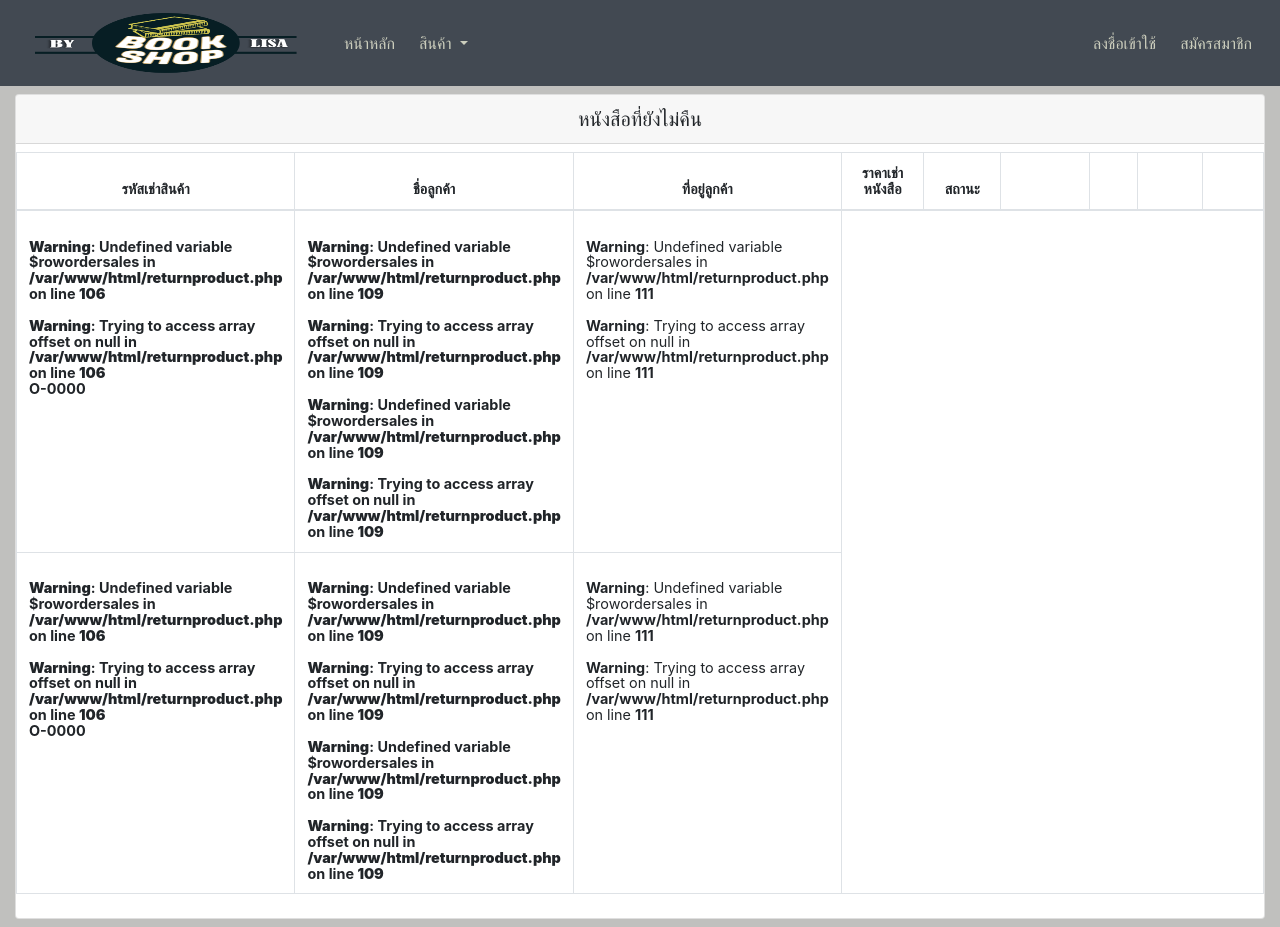
Repository: peawza/shopbook
Page: http://localhost/returnproduct.php?Order_id=24
An editor plug-in stored every save of this project. The page is shown before and after the next save, followed by the edit.
The browser window is 1280 px wide. The pictures show the whole page.
The page is run by PHP 8.4 with error messages shown; the project is at /var/www/html/. Other server files are loaded and not shown. The database holds what the project's SQL file puts in it.

Above is the page before, as saved 2020-10-01 10:18:28.

### returnproduct.php
<!DOCTYPE html>
<html lang="en">

<head>
    <meta charset="UTF-8">
    <meta name="viewport" content="width=device-width, initial-scale=1.0">
    <title>Document</title>
    <?php
    require_once('php/condbbook.php');
    include('include\importcss.php');
    include('include\navber.php');
    //echo '<pre>';
    //print_r($_SESSION);
    //$_SESSION['ses_php_var'] = $_GET['sendVal'];
    //$_SESSION['ses_php_var'] = $_POST['sendVal'];
    //$_SESSION['Typeid'] = $_POST['Typeid'];
    //print_r($_POST);
    //print_r($_GET);
    //echo '<pre>';

    ?>
</head>

<body>
    <div class="container-fluid py-2">
        <div class="card ">
            <h5 class="card-header text-center">หนังสือที่ยังไม่คืน</h5>

            <div class="py-2">
                <table class="table table-bordered table-responsive-sm">
                    <thead>
                        <tr>
                            <th width="5%" class="text-center">รหัสเช่าสินค้า</th>
                            <th width="10%" class="text-center">ชื่อลูกค้า</th>
                            <th width="17%" class="text-center">ที่อยู่ลูกค้า</th>
                            <th width="10%" class="text-center">ราคาเช่าหนังสือ</th>
                            <th width="9%" class="text-center">สถานะ</th>
                            <th width="18%" class="text-center"></th>
                            <th width="8%" class="text-center"></th>
                            <th width="12%" class="text-center"></th>
                            <th width="12%" class="text-center"></th>

                        </tr>
                    </thead>
                    <tbody>
                        <?php
                        /*
                        [0] => 1
                        [orders_id] => 1
                        [1] => 4
                        [User_ID] => 4
                        [2] => ฟหดกหฟดกหฟด
                        [Order_addressuser] => ฟหดกหฟดกหฟด
                        [3] => 2464
                        [orders_renttotal] => 2464
                        [4] => 0
                        [orders_returntotal] => 0
                        [5] => 2464
                        [orders_sumtotal] => 2464
                        [6] => 0
                        [orders_iscomplete] => 0
                        [7] => 4
                        [8] => user
                        [User_Username] => user
                        [9] => $2y$10$fB6aRvLojb8vG3ukgnwcle6rynH6hiaSNAOSCfskrj2DL4A6y8HM6
                        [User_Password] => $2y$10$fB6aRvLojb8vG3ukgnwcle6rynH6hiaSNAOSCfskrj2DL4A6y8HM6
                        [10] => ศุภชัย
                        [User_Firstname] => ศุภชัย
                        [11] => แจ้งอรุณ
                        [User_Lastname] => แจ้งอรุณ
                        [12] => 0970562607
                        [User_Telephonenumber] => 0970562607
                        [13] => agileza_555@hotmail.com
                        [User_Email] => agileza_555@hotmail.com
                        [14] => 9091310863447.jpg
                        [User_Photo] => 9091310863447.jpg
                        [15] => 2020-09-26
                        [User_Createdate] => 2020-09-26
                        [16] => admin
                        [User_Type] => admin
                        [17] => 1
                        [orderrent_id] => 1
                        [18] => 4
                        [orderrent_productid] => 4
                        [19] => 1
                        [orderrent_amount] => 1
                        [20] => 1232
                        [orderrent_totalprice] => 1232
                        [21] => 2020-09-30
                        [orderrent_rentdate] => 2020-09-30
                        [22] => 2020-10-20
                        [orderrent_returndate] => 2020-10-20
                        [23] => 0
                        [orderrent_status] => 0
                    )

                        */
                        if (isset($_GET['Order_id'])) {
                            $orderid = $_GET['Order_id'];
                            $selectproduct = "SELECT * FROM `orders`,`user`,`orderrent` WHERE `user`.`User_ID`=`orders`.`User_ID`AND`orders`.`orders_id`= `orderrent`.`orderrent_id`AND `orderrent`.`orderrent_id`= '" . $orderid . "'";
                            $resulproduct = mysqli_query($conn, $selectproduct);
                            while ($rowproduct = mysqli_fetch_array($resulproduct)) {
                        ?>
                        <tr>
                            <th><?php
                                        $code = sprintf('O-%04d', $rowordersales['orders_id']);
                                        echo $code ?>
                            </th>
                            <th><?php echo $rowordersales["User_Firstname"] . ' ' . $rowordersales['User_Lastname'] ?>
                            </th>
                            <td><?php echo $rowordersales["Order_addressuser"]  ?></td>

                        </tr>



                        <?php
                                //echo '<pre>';
                                //print_r($rowproduct);
                                //echo '<pre>';
                            }
                        } else {


                            echo 'null';
                        }


                        ?>
                    </tbody>
                    </thead>
                </table>
            </div>
        </div>
    </div>










</body>
<?php
include('include\importjavascript.php');
?>

</html>

### php/condbbook.php
<?php
session_start();
$conn = new mysqli('localhost', 'root', '1234', 'shopbook');
$conn->set_charset("utf8");
//$conn->query('set name utf8');
//echo $conn->connect_error;
if ($conn->connect_errno) {
    die("conmection Failed" . $conn->connect_error);
} /*else {
    die("OK Database");
}*/

//$conndata = new mysqli('localhost', 'root', '1234', 'shop');

### include/importcss.php
<link rel="stylesheet" href="node_modules/bootstrap/dist/css/bootstrap.min.css"> <!-- link เลือก css-->
<link rel="stylesheet" href="node_modules/font-awesome5/css/fontawesome-all.css">
<link rel="stylesheet" href="include/CSS/styles.css?v=<?php echo filemtime('include/CSS/styles.css'); ?>"
    type=" text/css">

<script src="https://www.google.com/recaptcha/api.js"></script>

<script src="https://ajax.googleapis.com/ajax/libs/jquery/2.2.0/jquery.min.js"></script>

<script src="https://maxcdn.bootstrapcdn.com/bootstrap/3.3.6/js/bootstrap.min.js"></script>

### include/importjavascript.php
<script src="node_modules/jquery/dist/jquery.min.js"></script> <!-- sc เลือก src -->
<script src="node_modules/popper.js/dist/umd/popper.min.js"></script>
<script src="node_modules/bootstrap/dist/js/bootstrap.min.js"></script>
<script src="node_modules/jquery-validation/dist/jquery.validate.min.js"></script>
<script src="include/JS/script.js?v=<?php echo filemtime('include/JS/script.js') ?>"></script>

### DB/shopbook.sql (the tables this page reads)
CREATE TABLE `orderrent` (
  `orderrent_id` int(11) NOT NULL,
  `orderrent_productid` int(11) NOT NULL,
  `orderrent_amount` int(11) NOT NULL,
  `orderrent_totalprice` int(11) NOT NULL,
  `orderrent_rentdate` date NOT NULL,
  `orderrent_returndate` date NOT NULL,
  `orderrent_status` int(11) NOT NULL
) ENGINE=InnoDB DEFAULT CHARSET=utf8mb4 COLLATE=utf8mb4_bin;

INSERT INTO `orderrent` (`orderrent_id`, `orderrent_productid`, `orderrent_amount`, `orderrent_totalprice`, `orderrent_rentdate`, `orderrent_returndate`, `orderrent_status`) VALUES
(21, 12, 1, 50, '2020-10-23', '2020-10-30', 1),
(21, 13, 1, 50, '2020-10-23', '2020-10-30', 1),
(21, 15, 1, 45, '2020-10-23', '2020-10-30', 1),
(21, 20, 1, 100, '2020-10-23', '2020-10-30', 1),
(22, 4, 3, 300, '2020-10-23', '2020-10-30', 1),
(23, 13, 1, 50, '2020-10-23', '2020-10-30', 1),
(24, 7, 3, 150, '2020-10-25', '2020-11-01', 0),
(24, 24, 5, 175, '2020-10-25', '2020-11-01', 0),
(25, 8, 10, 500, '2020-10-25', '2020-11-01', 1),
(26, 8, 10, 500, '2020-10-25', '2020-11-01', 1),
(27, 15, 40, 1800, '2020-10-25', '2020-11-01', 1),
(28, 4, 10, 1000, '2020-10-25', '2020-11-01', 1),
(29, 12, 1, 50, '2020-10-25', '2020-11-01', 1),
(29, 23, 10, 300, '2020-10-25', '2020-11-01', 1),
(30, 7, 1, 50, '2020-10-25', '2020-11-01', 1),
(30, 24, 1, 35, '2020-10-25', '2020-11-01', 1),
(31, 12, 1, 50, '2020-10-25', '2020-11-01', 1),
(31, 24, 1, 35, '2020-10-25', '2020-11-01', 1),
(31, 42, 1, 70, '2020-10-25', '2020-11-01', 1),
(32, 23, 1, 30, '2020-10-25', '2020-11-01', 1),
(33, 36, 10, 1000, '2020-10-25', '2020-11-01', 1),
(34, 51, 1, 200, '2020-10-25', '2020-11-04', 1),
(35, 51, 60, 12000, '2020-10-25', '2020-11-04', 1),
(36, 47, 70, 2100, '2020-10-25', '2020-11-01', 0),
(37, 25, 50, 2000, '2020-10-25', '2020-11-01', 0),
(38, 3, 1, 100, '2020-10-27', '2020-11-03', 1),
(39, 16, 1, 75, '2020-10-27', '2020-11-03', 1),
(40, 52, 10, 1000, '2020-10-27', '2020-11-03', 0),
(41, 51, 1, 200, '2020-10-27', '2020-11-06', 0);

ALTER TABLE `orderrent`
  ADD PRIMARY KEY (`orderrent_id`,`orderrent_productid`) USING BTREE,
  ADD KEY `orderrent_productid` (`orderrent_productid`);

ALTER TABLE `orderrent`
  ADD CONSTRAINT `orderrent_ibfk_2` FOREIGN KEY (`orderrent_productid`) REFERENCES `product` (`Product_ID`),
  ADD CONSTRAINT `orderrent_ibfk_3` FOREIGN KEY (`orderrent_id`) REFERENCES `orders` (`orders_id`) ON DELETE CASCADE;

CREATE TABLE `orders` (
  `orders_id` int(11) NOT NULL,
  `User_ID` int(11) NOT NULL,
  `Order_addressuser` text COLLATE utf8mb4_bin NOT NULL,
  `orders_renttotal` float NOT NULL DEFAULT 0,
  `orders_returntotal` float NOT NULL DEFAULT 0,
  `orders_sumtotal` float NOT NULL,
  `orders_iscomplete` int(11) NOT NULL
) ENGINE=InnoDB DEFAULT CHARSET=utf8mb4 COLLATE=utf8mb4_bin;

INSERT INTO `orders` (`orders_id`, `User_ID`, `Order_addressuser`, `orders_renttotal`, `orders_returntotal`, `orders_sumtotal`, `orders_iscomplete`) VALUES
(21, 9, 'ชลบุรี', 245, 0, 245, 2),
(22, 9, '', 300, 0, 300, 2),
(23, 9, '123', 50, 0, 50, 2),
(24, 10, 'มกศรช', 325, 0, 325, 0),
(25, 9, 'sdafffsdfdsafdsagdasgaasdfdsag', 500, 0, 500, 2),
(26, 9, 'หฟกหฟกหฟกหฟกกหฟ', 500, 0, 500, 2),
(27, 9, 'adsdsa', 1800, 1500, 3300, 2),
(28, 9, 'asdasdsa', 1000, 1000, 2000, 2),
(29, 11, 'มกศรช', 350, 0, 350, 2),
(30, 11, 'มกศรช ผฟกหกห', 85, 170, 255, 2),
(31, 11, 'ชลบุรี', 155, 0, 155, 2),
(32, 11, '123132', 30, 0, 30, 2),
(33, 11, '123', 1000, 0, 1000, 2),
(34, 11, '123123\r\n', 200, 0, 200, 2),
(35, 11, '1111\r\n\r\n', 12000, 0, 12000, 2),
(36, 11, 'ชลบุรี', 2100, 0, 2100, 0),
(37, 11, 'ชลบุรี', 2000, 0, 2000, 0),
(38, 9, 'ชลบุรี', 100, 0, 100, 2),
(39, 9, 'มก', 75, 150, 225, 2),
(40, 9, 'มก', 1000, 0, 1000, 0),
(41, 12, 'asd', 200, 0, 200, 0);

ALTER TABLE `orders`
  ADD PRIMARY KEY (`orders_id`),
  ADD KEY `User_ID` (`User_ID`);

ALTER TABLE `orders`
  ADD CONSTRAINT `orders_ibfk_1` FOREIGN KEY (`User_ID`) REFERENCES `user` (`User_ID`);

CREATE TABLE `product` (
  `Product_ID` int(11) NOT NULL,
  `Type_ID` int(11) NOT NULL,
  `Product_Name` text COLLATE utf8mb4_bin NOT NULL,
  `Product_Details` text COLLATE utf8mb4_bin NOT NULL,
  `Product_Price` float NOT NULL,
  `product_buy` int(11) DEFAULT NULL,
  `Product_Balance` int(11) NOT NULL,
  `Product_rentday` int(11) NOT NULL,
  `Product_Photo` text COLLATE utf8mb4_bin NOT NULL,
  `Product_datesave` date NOT NULL
) ENGINE=InnoDB DEFAULT CHARSET=utf8mb4 COLLATE=utf8mb4_bin;

INSERT INTO `product` (`Product_ID`, `Type_ID`, `Product_Name`, `Product_Details`, `Product_Price`, `product_buy`, `Product_Balance`, `Product_rentday`, `Product_Photo`, `Product_datesave`) VALUES
(3, 11, 'บุเพสันนิวาส', 'เกศสุรางค์ หญิงสาวร่างอ้วนจำต้องทะลุมิติไปในรัชกาลสมเด็จพระนารายณ์มหาราช ในร่างของแม่หญิงการะเกดผู้แสนร้ายกาจ และได้พบกับผู้คนมากมายทั้ง หมื่นสุนทรเทวา ผู้เป็นคู่หมั้นคู่หมายของการะเกด ออกญาโหราธิบดี ราชครูของพระนารายณ์ แม่มะลิ บุตรสาวของแขกฟานิกลูกครึ่งญี่ปุ่น โปรตุเกส และผู้คนอีกมากมาย', 100, 200, 10, 7, '9102909146241.jpg', '2020-10-23'),
(4, 11, 'ปริศนามหาเวทย์', 'ปริศนามหาเวทย์', 100, 200, 5, 7, '9102908113900.gif', '2020-10-20'),
(5, 11, 'Sea Witch', 'Sea Witch', 100, 200, 10, 7, '9102908766196.jpg', '2020-10-20'),
(7, 10, 'Onepiece', 'เป็นเรื่องราวในยุคทองของโจรสลัด โจรสลัดทุกคนมีเป้าหมายเดียวกันคือเพื่อค้นหา สมบัติที่เรียกว่า \"วันพีช\" ซึ่งผู้ใดสามารถค้นหาและครอบครองวันพีชอยู่ ผู้นั้นก็คือเจ้าแห่งโจรสลัด(ราชาโจรสลัด) โดยผู้ที่เคยครอบครองวันพีชนั้นมีอยู่คนเดียวตามที่เปิดเผยคือ เจ้าแห่งโจรสลัด โกลด์ ดี โรเจอร์ ซึ่งหลังจากที่ ได้ครอบครองวันพีซแล้ว โกลด์ ดี โรเจอร์ก็ได้มอบตัว และยอมรับโทษการประหารชีวิตที่เกาะโร๊คบ้านเกิดของตนนั่นเอง และก่อนตายโกลด์ ดี โรเจอร์ ได้ทิ้งคำพูดก่อนตายที่เปลี่ยนยุคสมัยของโจรสลัดว่า \"สมบัติของฉันหรอ อยากได้ก็เอาไปซิ ไปหาเอาเลย ฉันเอาทุกอย่างบนโลกไปไว้ที่นั่นหมดแล้ว\" แล้วเหล่า โจรสลัดทั้งหลายจึงมุ่งหน้าสู้แกรนด์ไลน์เพื่อตามหาวันพีซ', 50, 100, 6, 7, '9102907166680.jpg', '2020-10-23'),
(8, 10, 'Naruto', 'นารูโตะเป็นกำพร้าและไม่มีพี่น้อง เติบโตขึ้นโดยไม่รู้ว่าตนเองมีจิ้งจอกเก้าหางอยู่ภาย ในร่างกาย หลังจากสำเร็จการศึกษาเป็นนินจาชั้น เกะนิน (นินจาระดับล่าง) และปฏิบัติหน้าที่ภายใต้การควบคุมของ ฮาตาเกะ คาคาชิ ซึ่งเป็น โจนิน (นินจาระดับสูง) ฉายา ก๊อบปี้นินจา โดยมีสมาชิกร่วมทีมอีกสองคน คือ อุจิวะ ซาสึเกะ และ ฮารุโนะ ซากุระ', 50, 100, 10, 7, '9102907412301.jpg', '2020-10-23'),
(12, 10, 'Fairytail', 'นัตสึ ดรากูนีล\"ดราก้อนสเลเยอร์ไฟ ได้ออกเดินทางเพื่อตามหาอิกนิลหรือมังกรที่เปรียบเสมือนพ่อของนัตสึ ไปกับแมวบินได้และพูดได้ ชื่อ แฮปปี้ โดยระหว่างทางได้พบกับ\"ลูซี่ ฮาร์ทฟิเลีย\"สาวน้อยผู้อัญเชิญเทพแห่งดวงดาวและได้ตกลงเป็นเพื่อนกันเพราะลูซี่นั้นอยากเข้ากิลด์แฟรี่เทล', 50, 100, 10, 7, '9102906035329.png', '2020-10-23'),
(13, 13, 'Time', 'นิตยสาร TIME', 50, 150, 4, 7, '9104350156863.jpg', '2020-10-23'),
(14, 12, '51 คำถาามเพิ่มความรู้เรื่องอาชีพ', 'รวมประเด็นน่าสนใจเกี่ยวกับอาชีพ', 100, 150, 10, 7, '9104350802507.jpg', '2020-10-23'),
(15, 10, 'Doraemon', 'หุ่นยนเเมวที่ส่งมาช่วย โนบิตะ เพื่อให้อนาคตของเขาเปลื่ยนไป', 45, 75, 29, 7, '9104351707679.png', '2020-10-23'),
(16, 10, '3ก๊ก', 'ตำนานของวีรบุรุษที่จะรวมเเผ่นดินทั้ง3เป็น1', 75, 150, 19, 7, '9104352222267.jpg', '2020-10-23'),
(17, 12, '30 สิ่งมหัศจรรย์ของโลกที่น่ารู้', 'สิ่งมหัศจรรย์ของโลก', 50, 100, 5, 7, '9104352622959.jpg', '2020-10-23'),
(18, 12, 'เกร็ดความรู้เเละภาษาอาเซียน', 'ความรู้เเละภาษาอาเซียน', 80, 150, 9, 7, '9104353026534.jpg', '2020-10-23'),
(19, 13, 'BAZAAR', 'BAZAAR', 50, 190, 10, 7, '9104353499954.jpg', '2020-10-23'),
(20, 12, 'วิทยาศาสตร์ฉลาดรู้เรื่องสมอง', 'วิทยาศาสตรที่เกี่ยวความรู้เรื่องสมอง', 100, 170, 20, 7, '9104353867647.gif', '2020-10-23'),
(21, 11, 'The butterfly tree', 'The butterfly tree', 170, 300, 5, 7, '9104354170879.jpg', '2020-10-23'),
(22, 13, 'CAMPUS', 'CAMPUS', 60, 165, 10, 7, '9104354376857.jpg', '2020-10-23'),
(23, 10, 'ชินจังจอมเเก่น', 'เรื่องราวชินจังที่ต้องทำให้คุณต้องหัวเราะ', 30, 85, 50, 7, '9104354830108.gif', '2020-10-23'),
(24, 10, 'โคนัน', 'นักสืบหนุ่มที่ถูกชายชุดดำจับตัวให้ไปกินยา พอตื่นขึ้นมากลับกายเป็นเด็กอีกครั้ง', 35, 70, 44, 7, '9104355382500.jpg', '2020-10-23'),
(25, 10, 'Dragonball', 'ซุนโกคู ในวัยเด็ก ก็ได้รู้เกี่ยวกับ ดราก้อนบอล จาก บลูม่า ซึ่งกำลังตามหาอยู่ แถมโกคูเองก็มี ดราก้อนบอล4ดาว ซึ่งเป็นของต่างหน้าคุณปู่ ซุนโกฮัง อีกด้วย ก็เลยตัดสินใจไปตามหาดราก้อนบอลด้วยกัน ต่อมาก็ได้ อูลอน มาเป็นพวกช่วยหาด้วย แต่ในระหว่างนั้น ก็มี ยามุชา และ ปูอัล กับ ปิลาฟและพรรคพวก คอยตามหาดราก้อนบอลด้วย', 40, 75, 0, 7, '9104355839451.jpg', '2020-10-23'),
(26, 11, 'ECHOES FROM THE PAST', 'Echoes from the past', 190, 300, 10, 7, '9104356230225.jpg', '2020-10-23'),
(27, 13, 'ELLE', 'ELLE', 30, 90, 10, 6, '9104356389396.webp', '2020-10-23'),
(28, 13, 'FIGARO JAPAN', 'FIGARO JAPAN', 60, 150, 3, 4, '9104356627109.jpg', '2020-10-23'),
(29, 12, 'คว้าเกรด A ง่ายกว่าที่คิด', 'คว้าเกรด A ง่ายกว่าที่คิด', 55, 130, 7, 6, '9104356893659.png', '2020-10-23'),
(30, 11, 'Harry Potter', 'Harry Potter', 160, 300, 30, 7, '9104357146935.jpg', '2020-10-23'),
(31, 13, 'L OFFICIEL', 'L OFFICIEL', 30, 70, 10, 7, '9104357596692.jpg', '2020-10-23'),
(32, 12, 'สนุกกับการค้นหาความรู้ข้างในแผนที่โลก', 'สนุกกับการค้นหาความรู้ข้างในแผนที่โลก', 60, 150, 10, 7, '9104357883099.jpg', '2020-10-23'),
(33, 10, 'My Hero Academia', 'ว่าด้วยเรื่องราวในอนาคต เมื่อพลังพิเศษได้ถูกทยอยค้นพบทั่วทุกมุมโลก จนกลายเป็นเรื่องปกติของคนเจนเนอเรชั่นใหม่ ที่ล้วนเป็นผู้มี “อัตลักษณ์” (พลังพิเศษเฉพาะตัว) สังคมยอดมนุษย์จึงได้เริ่มขึ้น ขณะเดียวกันความวุ่นวายจากผู้ใช้พลังพิเศษในทางที่ผิด ก็ยกระดับความรุนแรง ประเทศจึงได้ร่างกฏหมายต่อต้านความรุนแรง โดยให้เหล่าผู้กล้าคอยปราบปรามเหล่าวายร้าย ', 40, 75, 40, 7, '9104359185860.jpg', '2020-10-23'),
(34, 13, 'OK MAGAZINE', 'OK MAGAZINE', 30, 90, 10, 7, '9104359398955.jpg', '2020-10-23'),
(35, 10, 'Pinocchio', 'Pinocchio', 100, 200, 5, 7, '9104359601161.jpg', '2020-10-23'),
(36, 11, 'บ้านทรายทอง', 'บ้านทรายทอง', 100, 250, 10, 7, '9104359808705.jpg', '2020-10-23'),
(37, 12, 'เอาชีวิครอดบนเกาะร้าง', 'เอาชีวิครอดบนเกาะร้าง', 80, 135, 5, 7, '9104360075753.webp', '2020-10-23'),
(38, 13, 'VOGUE', 'VOGUE', 30, 75, 10, 7, '9104360487722.jpg', '2020-10-23'),
(39, 11, 'Twilight', 'Twilight', 240, 300, 20, 7, '9104361247095.jpg', '2020-10-23'),
(40, 11, 'The darkness of light', 'The darkness of light', 150, 250, 6, 7, '9104361459702.jpg', '2020-10-23'),
(41, 12, 'เพศศึกษาที่เราอยากรู้', 'เพศศึกษาที่เราอยากรู้', 60, 150, 10, 7, '9104361760502.jpg', '2020-10-23'),
(42, 10, 'Sailormoon', 'Sailormoon', 70, 125, 50, 7, '9104361988958.png', '2020-10-23'),
(43, 11, 'RISEN', 'RISEN', 150, 350, 10, 7, '9104362289392.jpg', '2020-10-23'),
(44, 11, 'REALM OF RUINS', 'REALM OF RUINS', 180, 300, 4, 7, '9104362809007.jpg', '2020-10-23'),
(45, 10, 'สโนว์ไวท์', 'สโนว์ไวท์', 100, 200, 7, 5, '9104367662917.jpg', '2020-10-23'),
(46, 10, 'อลิซ ท่องเเดนมหัศจรรย์', 'อลิซ ท่องเเดนมหัศจรรย์', 40, 150, 5, 7, '9104367935394.jpg', '2020-10-23'),
(47, 10, 'Bleach', 'Bleach', 30, 75, 0, 7, '9104368159565.jpg', '2020-10-23'),
(48, 10, 'Lion King', 'Lion King', 70, 150, 2, 3, '9104368352654.jpg', '2020-10-23'),
(49, 12, 'รัชการที่ 9', 'ประวัติศาสตร์ของในหลวงรัชกาลที่ 9', 50, 150, 10, 7, '9104368788022.jpg', '2020-10-23'),
(51, 13, 'qweqwe', 'ssadzxc', 200, 500, 69, 10, '9105550929723.png', '2020-10-26'),
(52, 15, 'เลข', 'หนังสือเลข', 100, 200, 40, 7, '9106337351482.jpg', '2020-10-27');

ALTER TABLE `product`
  ADD PRIMARY KEY (`Product_ID`),
  ADD KEY `Type_ID` (`Type_ID`);

ALTER TABLE `product`
  MODIFY `Product_ID` int(11) NOT NULL AUTO_INCREMENT, AUTO_INCREMENT=53;

ALTER TABLE `product`
  ADD CONSTRAINT `product_ibfk_1` FOREIGN KEY (`Type_ID`) REFERENCES `producttype` (`Type_ID`);

CREATE TABLE `producttype` (
  `Type_ID` int(11) NOT NULL,
  `Type_Name` text COLLATE utf8mb4_bin NOT NULL
) ENGINE=InnoDB DEFAULT CHARSET=utf8mb4 COLLATE=utf8mb4_bin;

INSERT INTO `producttype` (`Type_ID`, `Type_Name`) VALUES
(10, 'หนังสือการ์ตูน'),
(11, 'หนังสือนิยาย'),
(12, 'หนังสือให้ความรู้'),
(13, 'นิตยสาร'),
(14, 'หนังสืออ้างอิง'),
(15, 'หนังสือเรียน');

ALTER TABLE `producttype`
  ADD PRIMARY KEY (`Type_ID`);

ALTER TABLE `producttype`
  MODIFY `Type_ID` int(11) NOT NULL AUTO_INCREMENT, AUTO_INCREMENT=16;

CREATE TABLE `user` (
  `User_ID` int(11) NOT NULL,
  `User_Username` varchar(30) COLLATE utf8mb4_bin NOT NULL,
  `User_Password` varchar(255) COLLATE utf8mb4_bin NOT NULL,
  `User_Firstname` varchar(60) COLLATE utf8mb4_bin NOT NULL,
  `User_Lastname` varchar(60) COLLATE utf8mb4_bin NOT NULL,
  `User_Telephonenumber` varchar(20) COLLATE utf8mb4_bin NOT NULL,
  `User_Email` varchar(100) COLLATE utf8mb4_bin NOT NULL,
  `User_Photo` text COLLATE utf8mb4_bin NOT NULL,
  `User_Createdate` date NOT NULL,
  `User_Type` text COLLATE utf8mb4_bin NOT NULL
) ENGINE=InnoDB DEFAULT CHARSET=utf8mb4 COLLATE=utf8mb4_bin;

INSERT INTO `user` (`User_ID`, `User_Username`, `User_Password`, `User_Firstname`, `User_Lastname`, `User_Telephonenumber`, `User_Email`, `User_Photo`, `User_Createdate`, `User_Type`) VALUES
(4, 'admin', '$2y$10$SY4xbwIYnzlGXMpgdZHyf.LPEcYFIsZqluIzuCwKXBq3M3BeEG5Ay', 'saran', 'Deesubin', '0000000001', 'saran.de@ku.th', '9102901537951.png', '2020-09-26', 'admin'),
(9, 'ford', '$2y$10$PMdn09lEjbW1HXQUbcYTxuSygozJvQIxKzWmVceRwvZWU79uc0co2', 'sarann', 'dee', '0983575083', 'fordza1231230@gmail.com', 'profile.png', '2020-10-20', 'admin'),
(10, 'saran', '$2y$10$xXmyvxu.6Nv/xL8ooPsf6uwzp2iGCALRMP7ofoMnBqTHUTzz8pFlC', 'saranza123', 'deeza123', '0123456798', 'ford555@gmail.com', '9105289098934.png', '2020-10-25', 'user'),
(11, 'fordza', '$2y$10$VorVYHQiu9vKXUfmvjVqq.bxwNfPxcRe67GpKwcaU8LfqKm04ecPO', 'fordford', 'zazaza', '0147258369', 'zaza@gmail.com', '9105549518927.jpg', '2020-10-25', 'admin'),
(12, 'asdasd', '$2y$10$F8XcUHvSW4NBR.UZKQddSOY8g.F2t0/vdqPHFuTDspI6tqRk0ydZm', 'asdasd', 'asdasd', '0147258147', 'asd@gmail.com', 'profile.png', '2020-10-27', 'user'),
(13, 'user', '$2y$10$Pw1k2zepH2brdS54XpYJIOsdyI/SlskWDDMMcrrCiCg8F/51VUKwm', 'ศุภชัย', 'แจ้งอรุณ', '0970562607', 'agileza_555@hotmail.com', 'profile.png', '2020-10-29', 'admin'),
(14, 'user2', '$2y$10$Bdcw55H//GAhyWCmsa4CHeFME8wXIUPC1HxJAkJOYH/9U5/u14Ix.', 'ศุภชัย', 'แจ้งอรุณ', '0970562607', 'agileza_555@hotmail.com', 'profile.png', '2020-10-29', 'user');

ALTER TABLE `user`
  ADD PRIMARY KEY (`User_ID`);

ALTER TABLE `user`
  MODIFY `User_ID` int(11) NOT NULL AUTO_INCREMENT, AUTO_INCREMENT=15;

Loaded but not shown: include/JS/script.js (557 lines, source omitted); include/navber.php (209 lines, source omitted); include/CSS/styles.css (248 lines, source omitted)

After the next save:
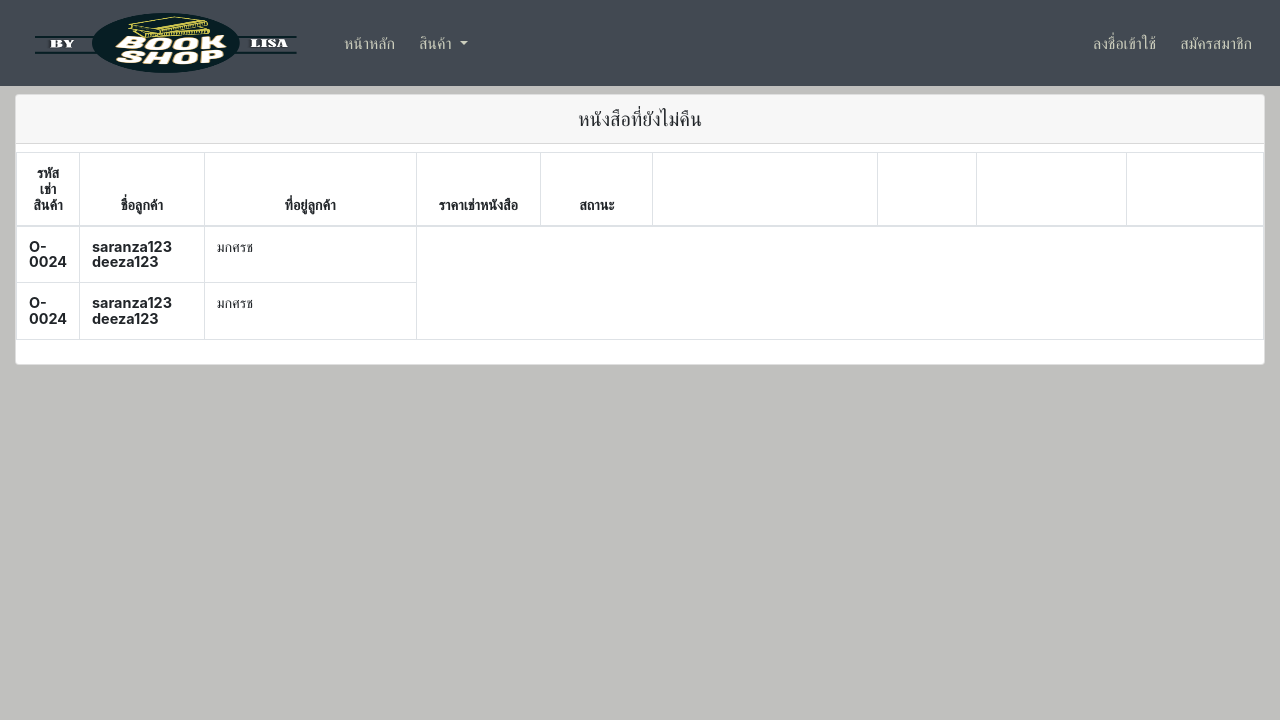
Saved 26 s later.
--- a/returnproduct.php
+++ b/returnproduct.php
@@ -103,12 +103,12 @@
                         ?>
                         <tr>
                             <th><?php
-                                        $code = sprintf('O-%04d', $rowordersales['orders_id']);
+                                        $code = sprintf('O-%04d', $rowproduct['orders_id']);
                                         echo $code ?>
                             </th>
-                            <th><?php echo $rowordersales["User_Firstname"] . ' ' . $rowordersales['User_Lastname'] ?>
+                            <th><?php echo $rowproduct["User_Firstname"] . ' ' . $rowproduct['User_Lastname'] ?>
                             </th>
-                            <td><?php echo $rowordersales["Order_addressuser"]  ?></td>
+                            <td><?php echo $rowproduct["Order_addressuser"]  ?></td>
 
                         </tr>
 
